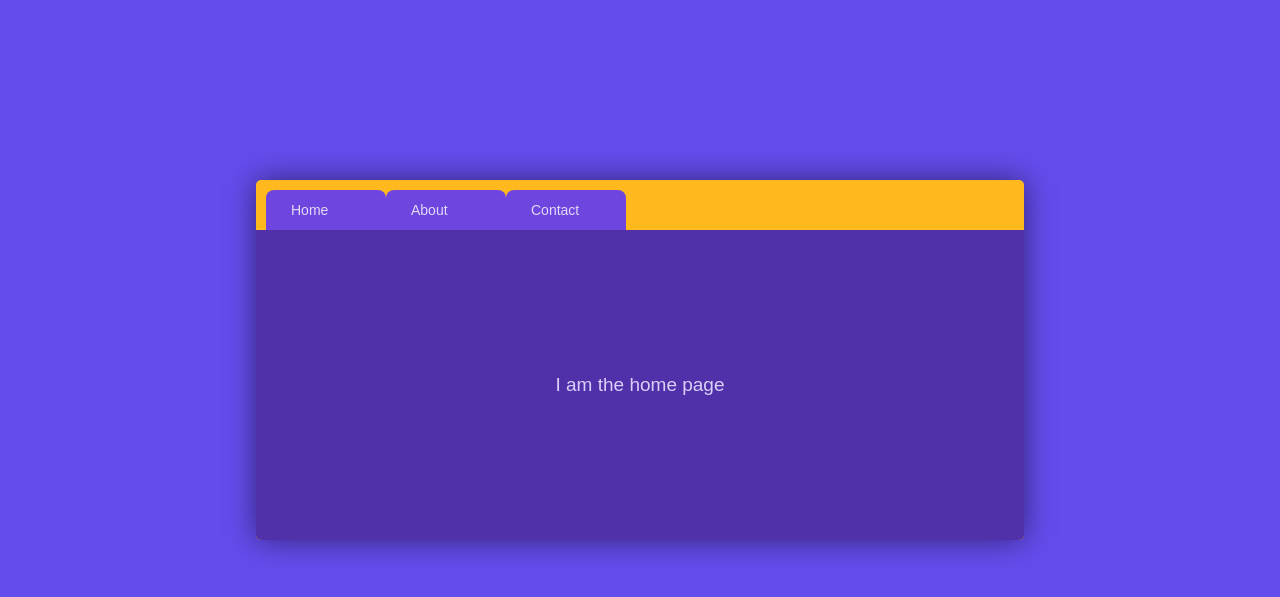
Repository: realistmccoy/browsertab
Page: /
These files come from the project's save history. The page is drawn as it stood at one moment and after a run of saves; the edit follows.
The browser window is 1280 px wide. The pictures show the whole page.
The project was rebuilt for these pictures with package versions that can differ from the ones it lists, and the page was loaded fresh each time. Also part of the build but not shown: src/pages/About.js, src/pages/Contact.js.

Above is the page before, as saved 2020-12-21 20:43:18.

After the next 3 saves:
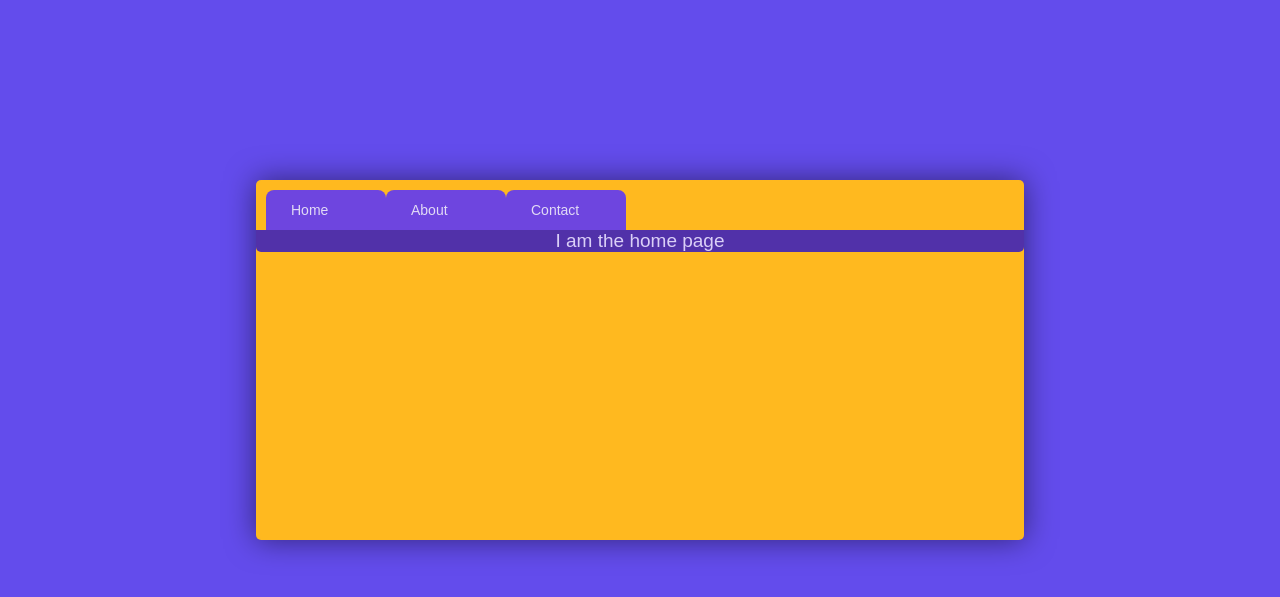
The 3 saves are shown as one change because they came seconds apart.
The last was saved 2 min 33 s later.
--- a/src/App.css
+++ b/src/App.css
@@ -18,7 +18,7 @@ body {
 }
 
 .browser {
-	display: flex;
+	display flex;
 	flex-direction: column;
 	background: #ffb91f;
 	border-radius: 5px;
